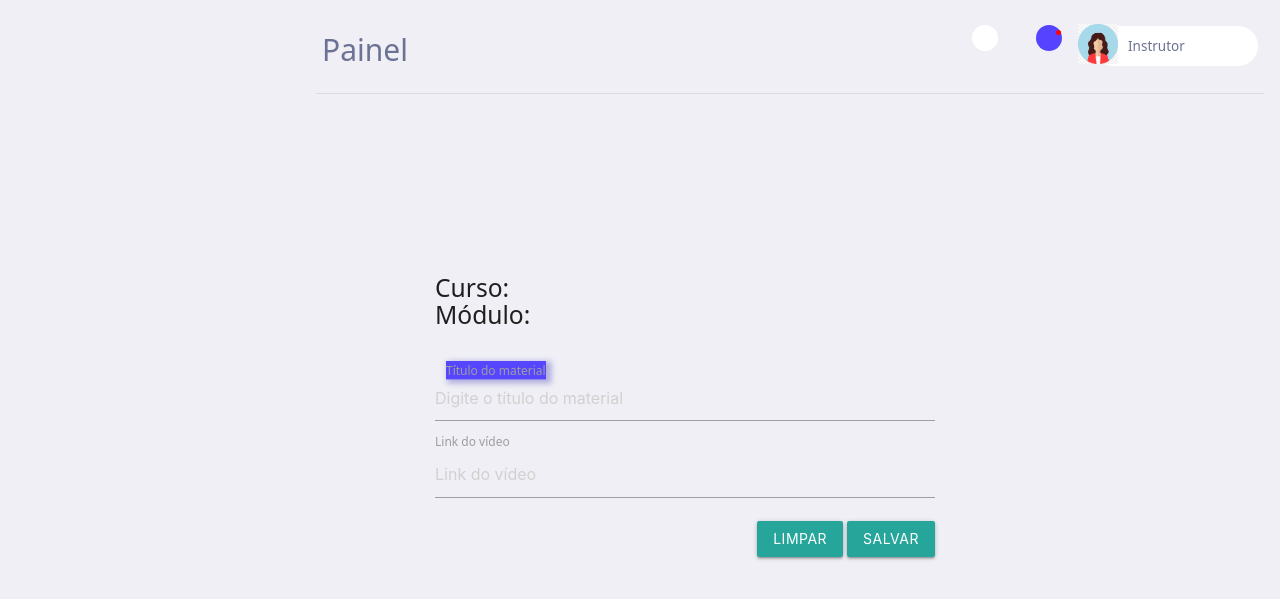
Repository: LauraMViana/Port-plus
Page: http://localhost/portPlus/addVideo
The author's editor kept a copy of each file at every save. The page is drawn from the files as they stood at one save, then again after the next save.
The browser window is 1280 px wide. The pictures show the whole page.
The page is this project's Thymeleaf template; nobody is signed in. The template is opened directly, without the code that normally fills it, so the values that code supplies are empty.

Above is the page before, as saved 2021-12-23 15:07:59.

After the next save:
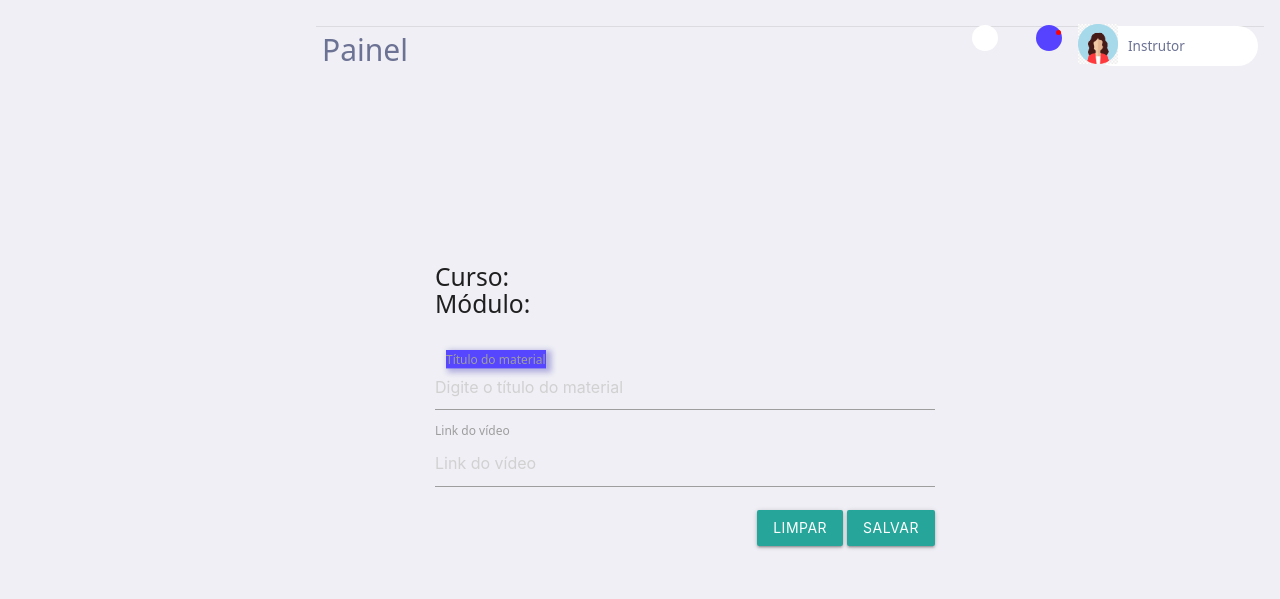
Saved 19 s later.
--- a/port/src/main/resources/templates/menu.html
+++ b/port/src/main/resources/templates/menu.html
@@ -77,10 +77,10 @@
 							</p>
 						</div>
 					</div>
-				</div>
+				</div></div>
 				<div class="clearfix"></div>
 			</div>
-</div>
+
 			<div class="clearfix"></div>
 			<br />
 		</div>

After the save that followed:
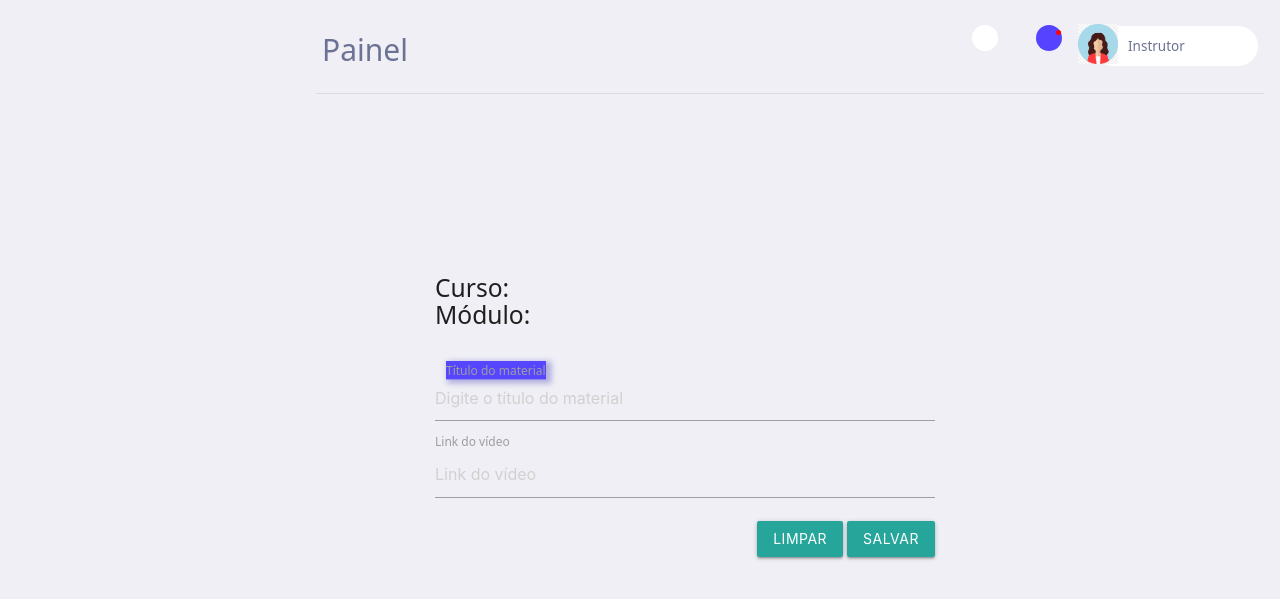
Saved 10 s later.
--- a/port/src/main/resources/templates/menu.html
+++ b/port/src/main/resources/templates/menu.html
@@ -77,14 +77,14 @@
 							</p>
 						</div>
 					</div>
-				</div></div>
+				</div>
 				<div class="clearfix"></div>
 			</div>
 
 			<div class="clearfix"></div>
 			<br />
 		</div>
-
+	</div>
 	<script
 		src="https://ajax.googleapis.com/ajax/libs/jquery/3.5.1/jquery.min.js"></script>
 	<script>
